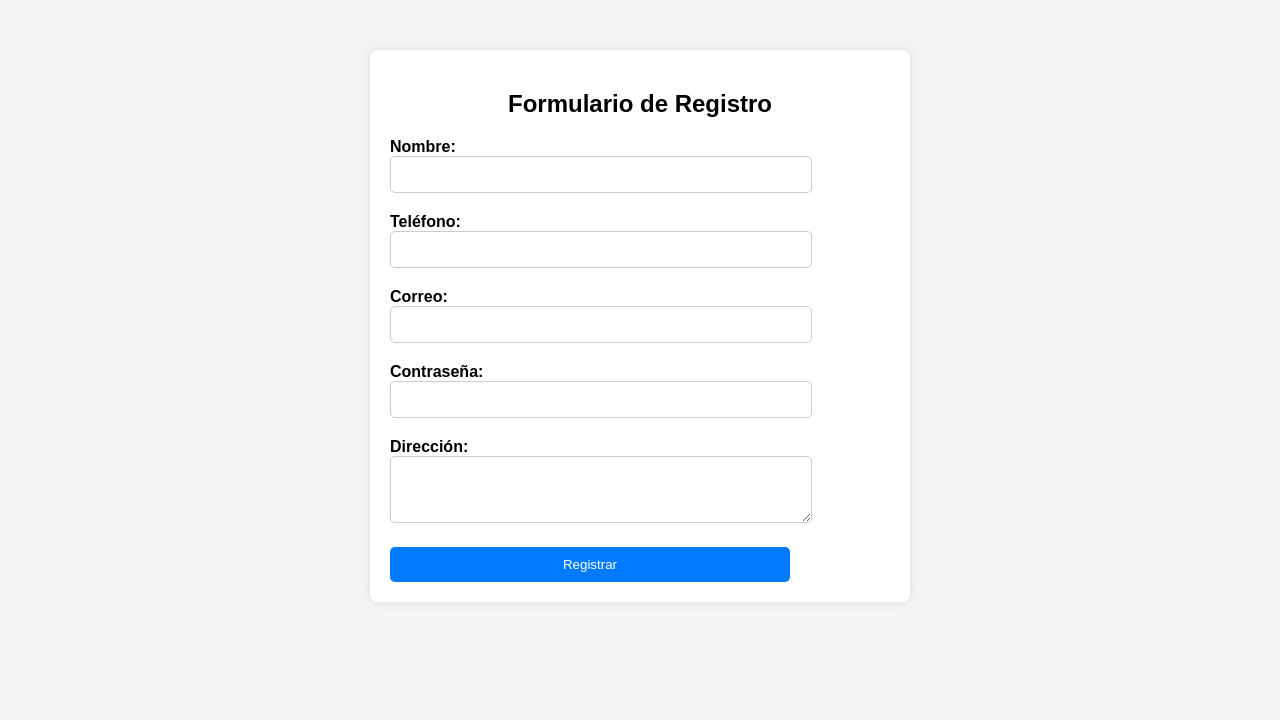
Repository: Regmalek07/ProyectoU
Page: registro.html
The author's editor kept a copy of each file at every save. The page is drawn from the files as they stood at one save, then again after the next save.
The browser window is 1280 px wide. The pictures show the whole page.

Above is the page before, as saved 2024-04-28 20:41:26.

### registro.html
<!DOCTYPE html>
<html lang="es">
<head>
  <meta charset="UTF-8">
  <meta name="viewport" content="width=device-width, initial-scale=1.0">
  <title>Formulario de Registro</title>
  <link rel="stylesheet" href="styles4.css">
</head>
<body>
  <div class="container">
    <h2>Formulario de Registro</h2>
    <form action="http://localhost:3000/usuarios" method="POST" id="registration-form">
      <div class="form-group">
        <label for="nombre">Nombre:</label>
        <input type="text" id="nombre" name="nombre" required>
      </div>
      <div class="form-group">
        <label for="telefono">Teléfono:</label>
        <input type="tel" id="telefono" name="telefono" required>
      </div>
      <div class="form-group">
        <label for="correo">Correo:</label>
        <input type="email" id="correo" name="correo" required>
      </div>
      <div class="form-group">
        <label for="contrasena">Contraseña:</label>
        <input type="password" id="contrasena" name="contrasena" required>
      </div>
      <div class="form-group">
        <label for="direccion">Dirección:</label>
        <textarea id="direccion" name="direccion" rows="3" required></textarea>
      </div>
      <button type="submit">Registrar</button>
    </form>
  </div>
  <script src="backend.js"></script>
</body>
</html>

### styles4.css
body {
    font-family: Arial, sans-serif;
    background-color: #f4f4f4;
    margin: 0;
    padding: 0;
  }

  .container {
    max-width: 500px;
    margin: 50px auto;
    padding: 20px;
    background-color: #fff;
    border-radius: 8px;
    box-shadow: 0 0 10px rgba(0, 0, 0, 0.1);
  }

  h2 {
    text-align: center;
  }

  header {
    background-color: #ffc403;
    padding: 20px;
    display: flex;
    justify-content: space-between;
    align-items: center;
    max-height: 200px;
    width: 95%;
}

  .form-group {
    margin-bottom: 20px;
  }

  label {
    display: block;
    font-weight: bold;
  }

  input[type="text"],
  input[type="tel"],
  input[type="email"],
  input[type="password"],
  textarea {
    width: 80%;
    padding: 10px;
    border: 1px solid #ccc;
    border-radius: 5px;
  }

  button[type="submit"] {
    width: 80%;
    padding: 10px;
    background-color: #007bff;
    color: #fff;
    border: none;
    border-radius: 5px;
    cursor: pointer;
    transition: background-color 0.3s;
  }

  button[type="submit"]:hover {
    background-color: #0056b3;
  }

### backend.js
// Manejar el envío del formulario de registro
document.getElementById("registration-form").addEventListener("submit", function(event) {
    event.preventDefault(); // Evitar el envío del formulario por defecto

    var formData = new FormData(this); // Obtener los datos del formulario

    // Convertir los datos del formulario a un objeto JSON
    var jsonData = {};
    formData.forEach(function(value, key) {
        jsonData[key] = value;
    });

    // Verificar si el correo electrónico ya está registrado
    fetch('http://localhost:3000/usuarios?correo=' + encodeURIComponent(jsonData.correo))
    .then(response => response.json())
    .then(data => {
        if (data.length > 0) {
            // El correo electrónico ya está registrado, mostrar un mensaje de error
            alert('El correo electrónico ya está registrado.');
        } else {
            // El correo electrónico no está registrado, enviar los datos al servidor para el registro
            fetch('http://localhost:3000/usuarios', {
                method: 'POST',
                headers: {
                    'Content-Type': 'application/json',
                },
                body: JSON.stringify(jsonData),
            })
            .then(response => response.json())
            .then(data => {
                console.log('Datos de registro enviados:', data);
                // Redirigir a la página de inicio
                window.location.href = 'home.html'; // Cambiar a la URL de tu página de inicio
            })
            .catch((error) => {
                console.error('Error al enviar datos de registro:', error);
            });
        }
    })
    .catch((error) => {
        console.error('Error al verificar correo electrónico:', error);
    });
});

After the next save:
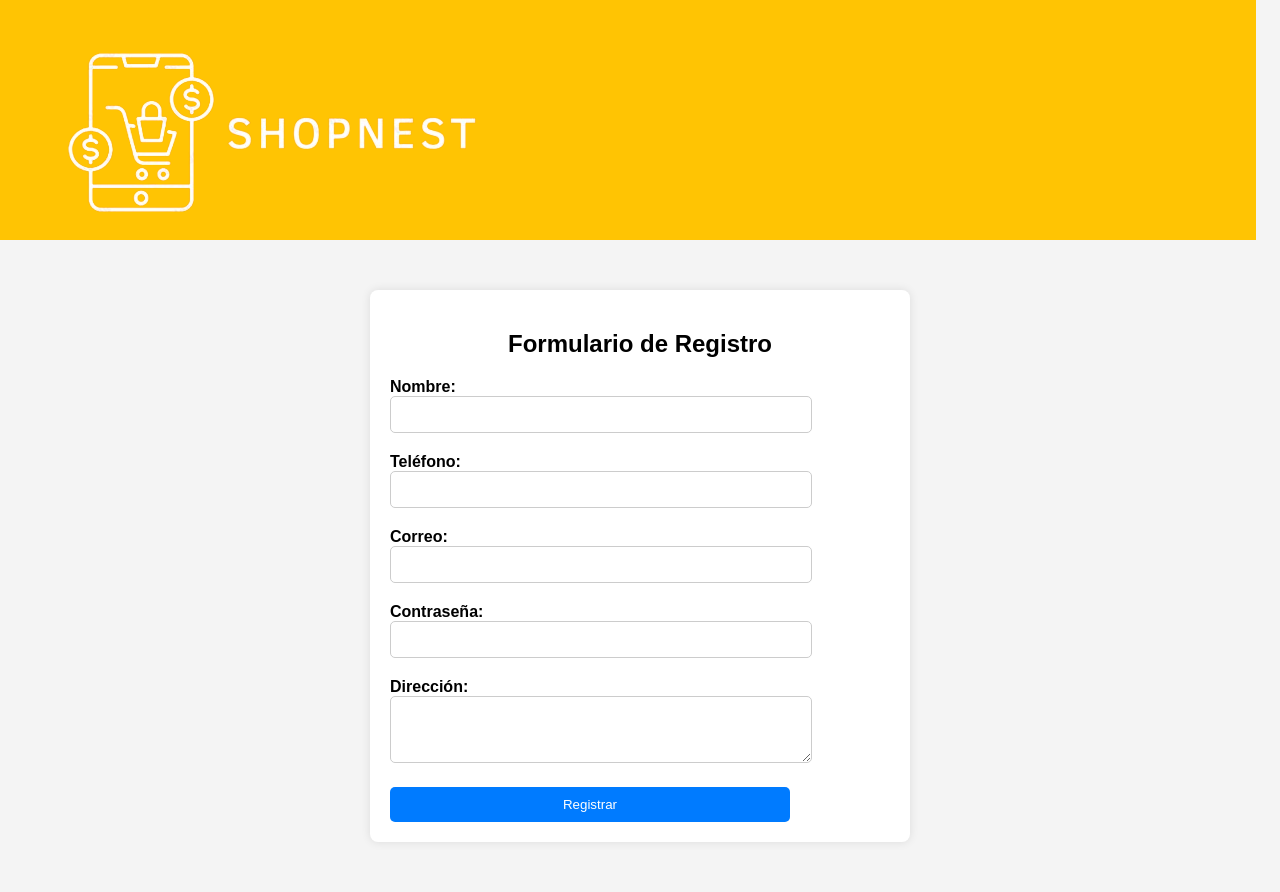
Saved 2 s later.
--- a/registro.html
+++ b/registro.html
@@ -7,6 +7,15 @@
   <link rel="stylesheet" href="styles4.css">
 </head>
 <body>
+  <header>
+    <div class="logo">
+        <!-- Aquí coloca tu logo -->
+        <img src="Logo_1.png" alt="Logo de tu empresa">
+    </div>
+    <nav>
+        <!-- Aquí podrías agregar un menú de navegación si lo deseas -->
+    </nav>
+  </header>
   <div class="container">
     <h2>Formulario de Registro</h2>
     <form action="http://localhost:3000/usuarios" method="POST" id="registration-form">
